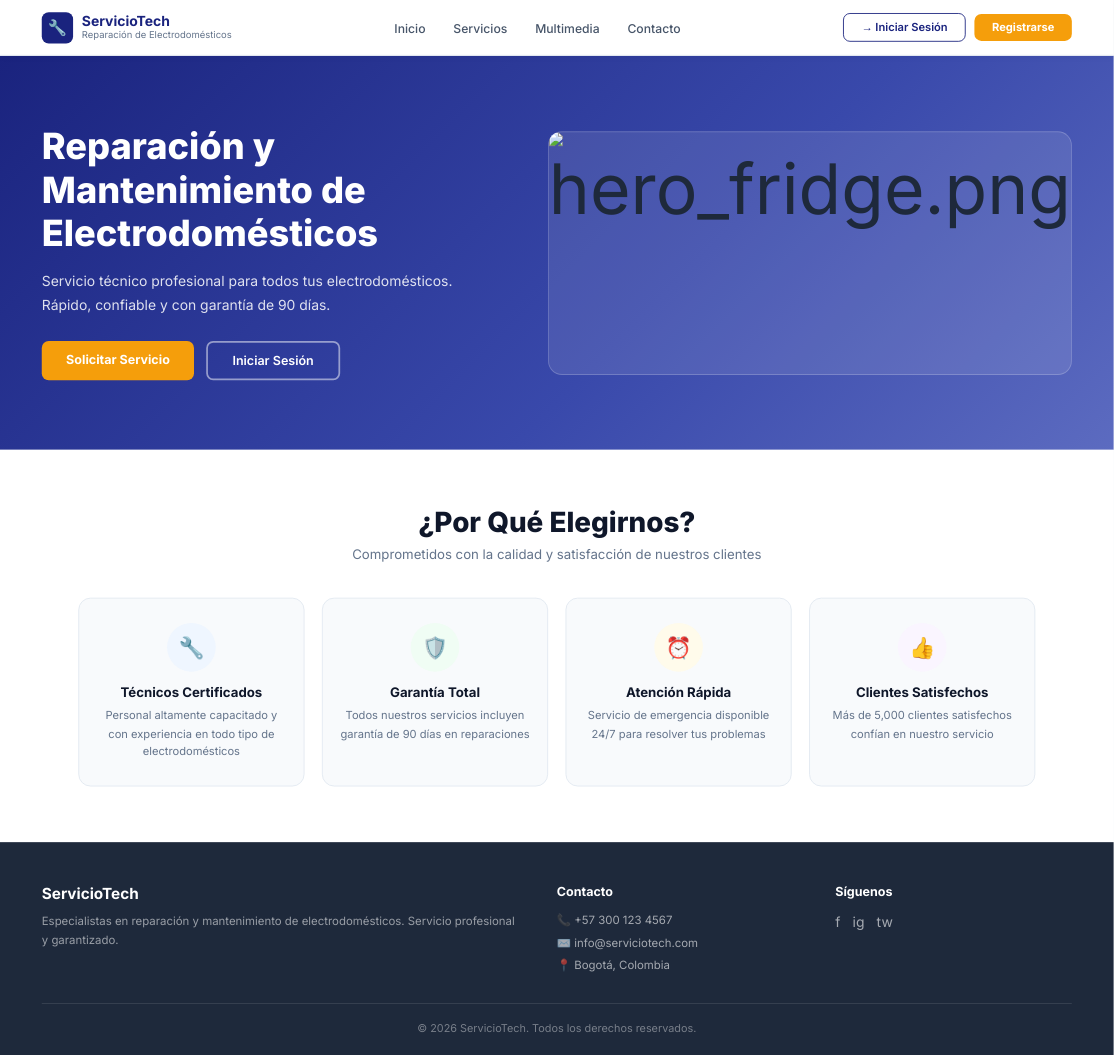
Repository: josuecadena337-hue/serviciotech-larevel-
Page: http://localhost/
The author's editor kept a copy of each file at every save. The page is drawn from the files as they stood at one save, then again after the next save.
The browser window is 1280 px wide. The pictures show the whole page, at 87% of full size.
The page is served by the project's Laravel application, run on PHP 8.4 with Laravel 12. Other server files are loaded and not shown.

Above is the page before, as saved 2026-08-20 11:27:27.

### resources/views/welcome.blade.php
<!DOCTYPE html>
<html lang="es">
<head>
    <meta charset="UTF-8">
    <meta name="viewport" content="width=device-width, initial-scale=1.0">
    <title>ServicioTech — Reparación de Electrodomésticos</title>
    <link href="https://fonts.googleapis.com/css2?family=Inter:wght@400;500;600;700;800&display=swap" rel="stylesheet">
    <style>
        * { margin: 0; padding: 0; box-sizing: border-box; }
        body { font-family: 'Inter', sans-serif; color: #1e293b; background: #f8fafc; }

        /* ── NAVBAR ── */
        .navbar { background: white; padding: 0 48px; display: flex; align-items: center; justify-content: space-between; height: 64px; border-bottom: 1px solid #e2e8f0; position: sticky; top: 0; z-index: 100; box-shadow: 0 1px 8px rgba(0,0,0,0.06); }
        .navbar-brand { display: flex; align-items: center; gap: 10px; text-decoration: none; }
        .brand-icon { background: #1a237e; color: #f59e0b; width: 36px; height: 36px; border-radius: 8px; display: flex; align-items: center; justify-content: center; font-size: 1.1rem; }
        .brand-text h2 { color: #1a237e; font-size: 1rem; font-weight: 700; line-height: 1.1; }
        .brand-text p  { color: #64748b; font-size: 0.68rem; }
        .navbar-links { display: flex; align-items: center; gap: 32px; list-style: none; }
        .navbar-links a { color: #475569; text-decoration: none; font-size: 0.875rem; font-weight: 500; transition: color 0.2s; }
        .navbar-links a:hover { color: #1a237e; }
        .navbar-actions { display: flex; gap: 10px; align-items: center; }
        .btn-login { padding: 8px 20px; border: 1.5px solid #1a237e; border-radius: 8px; color: #1a237e; background: transparent; font-size: 0.8rem; font-weight: 600; text-decoration: none; display: flex; align-items: center; gap: 6px; transition: all 0.2s; }
        .btn-login:hover { background: #eff6ff; }
        .btn-register { padding: 8px 20px; background: #f59e0b; border: none; border-radius: 8px; color: white; font-size: 0.8rem; font-weight: 700; text-decoration: none; transition: all 0.2s; }
        .btn-register:hover { background: #d97706; }

        /* ── HERO ── */
        .hero { background: linear-gradient(135deg, #1a237e 0%, #3949ab 60%, #5c6bc0 100%); padding: 80px 48px; display: grid; grid-template-columns: 1fr 1fr; gap: 60px; align-items: center; }
        .hero-content h1 { color: white; font-size: 2.6rem; font-weight: 800; line-height: 1.2; margin-bottom: 16px; }
        .hero-content p  { color: rgba(255,255,255,0.85); font-size: 1rem; line-height: 1.7; margin-bottom: 28px; }
        .hero-buttons { display: flex; gap: 14px; }
        .btn-hero-primary { padding: 12px 28px; background: #f59e0b; color: white; font-weight: 700; font-size: 0.9rem; border-radius: 8px; text-decoration: none; transition: all 0.2s; }
        .btn-hero-primary:hover { background: #d97706; transform: translateY(-1px); }
        .btn-hero-secondary { padding: 12px 28px; background: transparent; color: white; font-weight: 600; font-size: 0.9rem; border-radius: 8px; text-decoration: none; border: 2px solid rgba(255,255,255,0.5); transition: all 0.2s; }
        .btn-hero-secondary:hover { border-color: white; background: rgba(255,255,255,0.1); }
        .hero-image { background: rgba(255,255,255,0.1); border-radius: 16px; height: 280px; display: flex; align-items: center; justify-content: center; font-size: 5rem; border: 1px solid rgba(255,255,255,0.2); }

        /* ── POR QUÉ ELEGIRNOS ── */
        .features { padding: 64px 48px; background: white; }
        .section-title { text-align: center; margin-bottom: 40px; }
        .section-title h2 { font-size: 2rem; font-weight: 800; color: #0f172a; margin-bottom: 8px; }
        .section-title p  { color: #64748b; font-size: 0.95rem; }
        .features-grid { display: grid; grid-template-columns: repeat(4,1fr); gap: 20px; max-width: 1100px; margin: 0 auto; }
        .feature-card { background: #f8fafc; border-radius: 14px; padding: 28px 20px; text-align: center; border: 1px solid #e2e8f0; transition: all 0.2s; }
        .feature-card:hover { transform: translateY(-3px); box-shadow: 0 8px 24px rgba(0,0,0,0.08); }
        .feature-icon { width: 56px; height: 56px; border-radius: 50%; display: flex; align-items: center; justify-content: center; font-size: 1.5rem; margin: 0 auto 14px; }
        .feature-card h3 { font-size: 0.95rem; font-weight: 700; margin-bottom: 8px; color: #0f172a; }
        .feature-card p  { font-size: 0.8rem; color: #64748b; line-height: 1.6; }

        /* ── FOOTER ── */
        footer { background: #1e293b; color: white; padding: 48px 48px 24px; }
        .footer-grid { display: grid; grid-template-columns: 2fr 1fr 1fr; gap: 48px; margin-bottom: 36px; }
        .footer-brand h3 { font-size: 1.1rem; font-weight: 700; margin-bottom: 10px; }
        .footer-brand p  { color: rgba(255,255,255,0.55); font-size: 0.82rem; line-height: 1.7; }
        .footer-col h4   { font-size: 0.9rem; font-weight: 700; margin-bottom: 16px; }
        .footer-col ul   { list-style: none; display: flex; flex-direction: column; gap: 10px; }
        .footer-col ul li { color: rgba(255,255,255,0.6); font-size: 0.82rem; display: flex; align-items: center; gap: 8px; }
        .footer-bottom { border-top: 1px solid rgba(255,255,255,0.1); padding-top: 20px; text-align: center; color: rgba(255,255,255,0.4); font-size: 0.78rem; }
    </style>
</head>
<body>

{{-- NAVBAR --}}
<nav class="navbar">
    <a href="{{ route('inicio') }}" class="navbar-brand">
        <div class="brand-icon">🔧</div>
        <div class="brand-text">
            <h2>ServicioTech</h2>
            <p>Reparación de Electrodomésticos</p>
        </div>
    </a>
    <ul class="navbar-links">
        <li><a href="{{ route('inicio') }}">Inicio</a></li>
        <li><a href="{{ route('servicios') }}">Servicios</a></li>
        <li><a href="{{ route('multimedia') }}">Multimedia</a></li>
        <li><a href="{{ route('contacto') }}">Contacto</a></li>
    </ul>
    <div class="navbar-actions">
        <a href="{{ route('login') }}" class="btn-login">→ Iniciar Sesión</a>
        <a href="{{ route('registro') }}" class="btn-register">Registrarse</a>
    </div>
</nav>

{{-- HERO --}}
<section class="hero">
    <div class="hero-content">
        <h1>Reparación y Mantenimiento de Electrodomésticos</h1>
        <p>Servicio técnico profesional para todos tus electrodomésticos. Rápido, confiable y con garantía de 90 días.</p>
        <div class="hero-buttons">
            <a href="{{ route('registro') }}" class="btn-hero-primary">Solicitar Servicio</a>
            <a href="{{ route('login') }}" class="btn-hero-secondary">Iniciar Sesión</a>
        </div>
    </div>
    <div class="hero-image">
    <img src="{{ asset('imagenes/hero.jpg') }}" alt="hero_fridge.png" style="width:100%; height:100%; object-fit:cover; border-radius:12px;">
    </div>
</section>

{{-- ¿POR QUÉ ELEGIRNOS? --}}
<section class="features">
    <div class="section-title">
        <h2>¿Por Qué Elegirnos?</h2>
        <p>Comprometidos con la calidad y satisfacción de nuestros clientes</p>
    </div>
    <div class="features-grid">
        <div class="feature-card">
            <div class="feature-icon" style="background:#eff6ff;">🔧</div>
            <h3>Técnicos Certificados</h3>
            <p>Personal altamente capacitado y con experiencia en todo tipo de electrodomésticos</p>
        </div>
        <div class="feature-card">
            <div class="feature-icon" style="background:#f0fdf4;">🛡️</div>
            <h3>Garantía Total</h3>
            <p>Todos nuestros servicios incluyen garantía de 90 días en reparaciones</p>
        </div>
        <div class="feature-card">
            <div class="feature-icon" style="background:#fffbeb;">⏰</div>
            <h3>Atención Rápida</h3>
            <p>Servicio de emergencia disponible 24/7 para resolver tus problemas</p>
        </div>
        <div class="feature-card">
            <div class="feature-icon" style="background:#faf5ff;">👍</div>
            <h3>Clientes Satisfechos</h3>
            <p>Más de 5,000 clientes satisfechos confían en nuestro servicio</p>
        </div>
    </div>
</section>

{{-- FOOTER --}}
<footer id="contacto">
    <div class="footer-grid">
        <div class="footer-brand">
            <h3>ServicioTech</h3>
            <p>Especialistas en reparación y mantenimiento de electrodomésticos. Servicio profesional y garantizado.</p>
        </div>
        <div class="footer-col">
            <h4>Contacto</h4>
            <ul>
                <li>📞 +57 300 123 4567</li>
                <li>✉️ info@serviciotech.com</li>
                <li>📍 Bogotá, Colombia</li>
            </ul>
        </div>
        <div class="footer-col">
            <h4>Síguenos</h4>
            <div style="display:flex; gap:14px; margin-top:4px;">
                <a href="#" style="color:rgba(255,255,255,0.6); text-decoration:none;">f</a>
                <a href="#" style="color:rgba(255,255,255,0.6); text-decoration:none;">ig</a>
                <a href="#" style="color:rgba(255,255,255,0.6); text-decoration:none;">tw</a>
            </div>
        </div>
    </div>
    <div class="footer-bottom">
        <p>© {{ date('Y') }} ServicioTech. Todos los derechos reservados.</p>
    </div>
</footer>

</body>
</html>

Loaded but not shown: routes/web.php (common file)

After the next save:
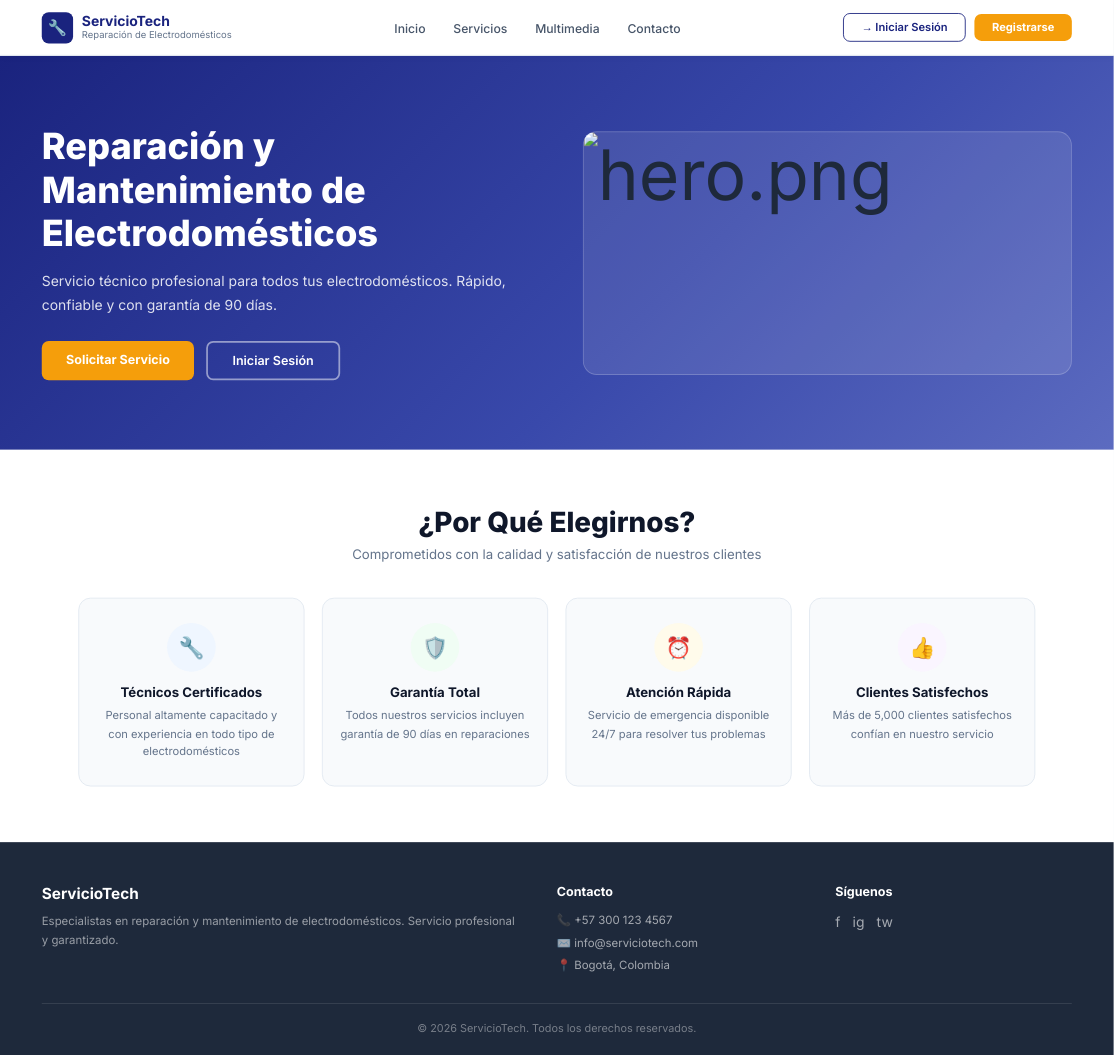
Saved 15 s later.
--- a/resources/views/welcome.blade.php
+++ b/resources/views/welcome.blade.php
@@ -92,7 +92,7 @@
         </div>
     </div>
     <div class="hero-image">
-    <img src="{{ asset('imagenes/hero.jpg') }}" alt="hero_fridge.png" style="width:100%; height:100%; object-fit:cover; border-radius:12px;">
+    <img src="{{ asset('imagenes/hero.jpg') }}" alt="hero.png" style="width:100%; height:100%; object-fit:cover; border-radius:12px;">
     </div>
 </section>
 
